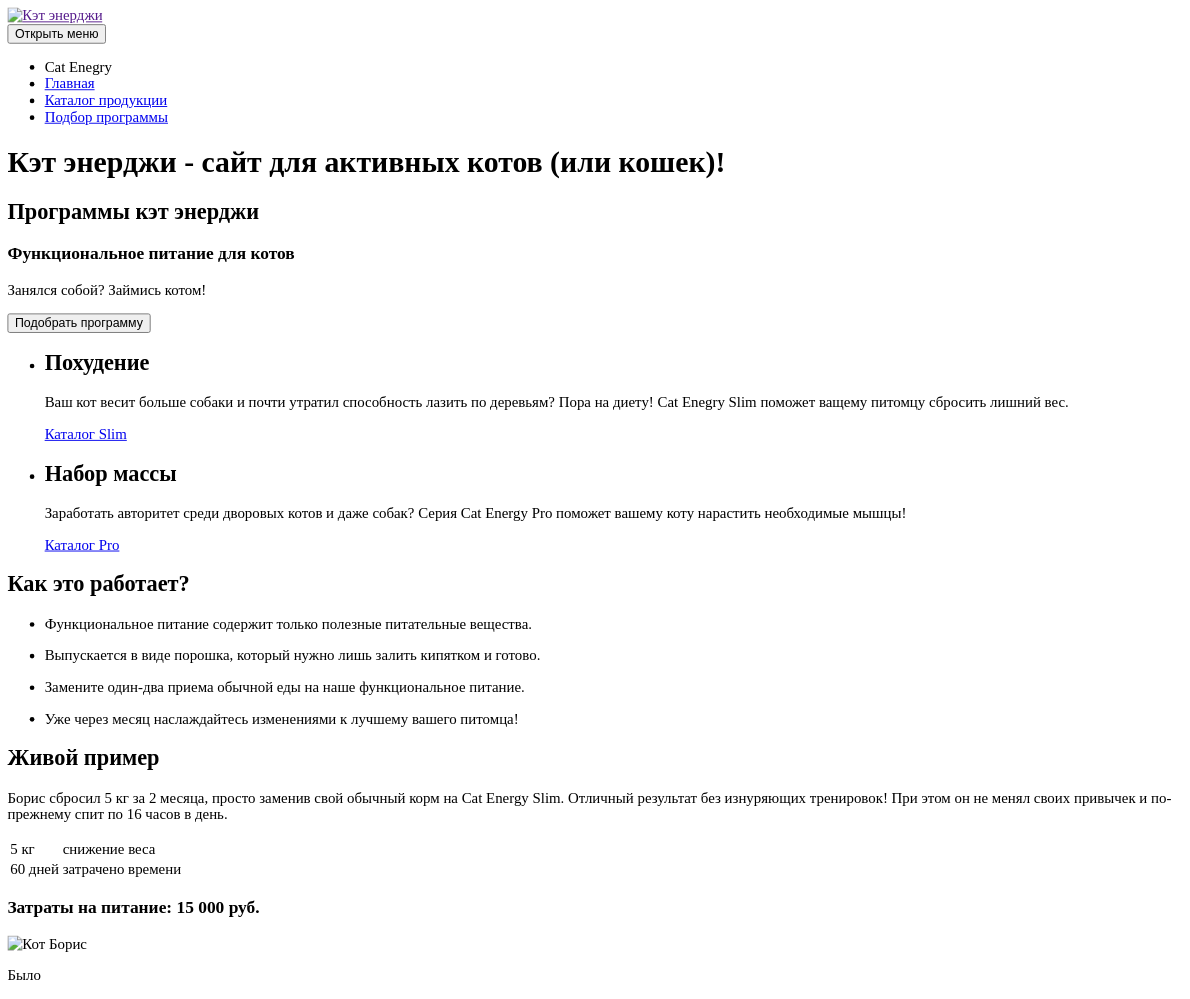
Repository: infernotw/1054987-cat-energy-17
Page: source/index.html
These files come from the project's save history. The page is drawn as it stood at one moment and after the next save; the edit follows.
The browser window is 1280 px wide. The pictures show the whole page, at 93% of full size.

Above is the page before, as saved 2019-07-17 04:37:58.

### source/index.html
<!DOCTYPE html>
<html lang="ru">

<head>
  <meta charset="utf-8">
  <title>HTML Academy: Кэт энерджи</title>
</head>

<body>

  <header class="page-header">
    <a href="" class="page-header__logo">
      <img src="#" alt="Кэт энерджи" width="" height="" class="page-header__logo-image">
    </a>
    <nav class="main-nav">
      <button class="main-nav__toggle" type="button">Открыть меню</button>
      <div class="main-nav__wrapper">
        <ul class="main-nav__list site-list">
          <li class="site-list__item">
            <a class="site-list__item site-list__item--active">Cat Enegry</a>
          </li>
          <li class="site-list__item">
            <a href="#">Главная</a>
          </li>
          <li class="site-list__item">
            <a href="catalog.html">Каталог продукции</a>
          </li>
          <li class="site-list__item">
            <a href="form.html">Подбор программы</a>
          </li>
        </ul>
      </div>
    </nav>
  </header>

  <main class="page-main">
    <h1 class="visually-hidden">Кэт энерджи - сайт для активных котов (или кошек)!</h1>
    <section class="program">
      <header class="program__header">
        <h2 class="visually-hidden">Программы кэт энерджи</h2>
        <h3 class="program__about">Функциональное питание для котов</h3>
        <p class="program__info">Занялся собой? Займись котом!</p>
        <button class="program__button" type="button">Подобрать программу</button>
      </header>
      <div class="program__wrapper">
        <ul class="program__list">
          <li class="program__item program__item--slim">
            <h2 class="program__title">Похудение</h2>
            <p class="program__description">Ваш кот весит больше собаки и почти утратил способность лазить по деревьям?
              Пора на диету! Cat Enegry Slim поможет ващему питомцу сбросить лишний вес.</p>
            <a class="program__button" href="#">Каталог Slim</a>
          </li>
          <li class="program__item program__item--pro">
            <h2 class="program__title">Набор массы</h2>
            <p class="program__description">Заработать авторитет среди дворовых котов и даже собак? Серия Cat Energy Pro
              поможет вашему коту нарастить необходимые мышцы!</p>
            <a class="program__button" href="#">Каталог Pro</a>
          </li>
        </ul>
      </div>
    </section>
    <section class="how-it-works">
      <div class="how-it-works__wrapper">
        <h2 class="how-it-works__title">Как это работает?</h2>
        <ul class="how-it-works__list">
          <li class="how-it-works__item how-it-works__item--food">
            <p class="how-it-works__description">Функциональное питание содержит только полезные питательные вещества.
            </p>
          </li>
          <li class="how-it-works__item how-it-works__item--water">
            <p class="how-it-works__description">Выпускается в виде порошка, который нужно лишь залить кипятком и
              готово.</p>
          </li>
          <li class="how-it-works__item how-it-works__item--change">
            <p class="how-it-works__description">Замените один-два приема обычной еды на наше функциональное питание.
            </p>
          </li>
          <li class="how-it-works__item how-it-works__item--time">
            <p class="how-it-works__description">Уже через месяц наслаждайтесь изменениями к лучшему вашего питомца!</p>
          </li>
        </ul>
      </div>
    </section>
    <section class="example">
      <div class="example__wrapper slider">
        <h2 class="example__title">Живой пример</h2>
        <p class="example__description">Борис сбросил 5 кг за 2 месяца, просто заменив свой обычный корм на Cat Energy
          Slim. Отличный результат без изнуряющих тренировок! При этом он не менял своих привычек и по-прежнему спит по
          16 часов в день.</p>
        <table class="example__achive">
          <tr>
            <td class="example__value">5 кг</td>
            <td class="example__field">снижение веса</td>
          </tr>
          <tr>
            <td class="example__value">60 дней</td>
            <td class="example__field">затрачено времени</td>
          </tr>
        </table>
        <h3 class="example__spending">Затраты на питание: 15 000 руб.</h3>
        <img src="#" alt="Кот Борис">
        <p class="example__toggles slider__toggle">
          Было
        </p>

      </div>
    </section>



  </main>

</body>

</html>

After the next save:
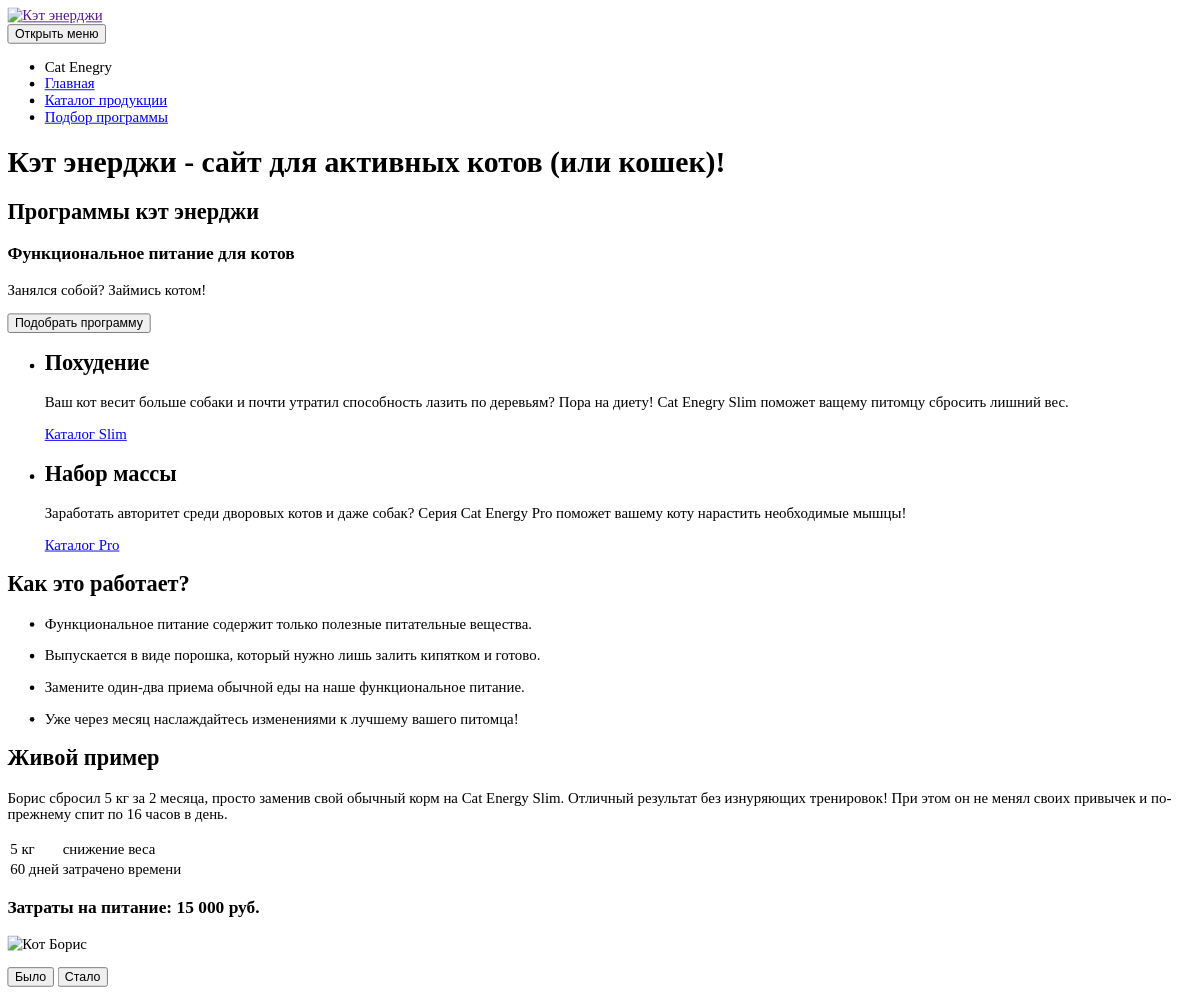
Saved 47 s later.
--- a/source/index.html
+++ b/source/index.html
@@ -99,8 +99,9 @@
         </table>
         <h3 class="example__spending">Затраты на питание: 15 000 руб.</h3>
         <img src="#" alt="Кот Борис">
-        <p class="example__toggles slider__toggle">
-          Было
+        <p class="example__toggles slider__toggles">
+          <button class="slider__toggle" type="button">Было</button>
+          <button class="slider__toggle" type="button">Стало</button>
         </p>
 
       </div>
